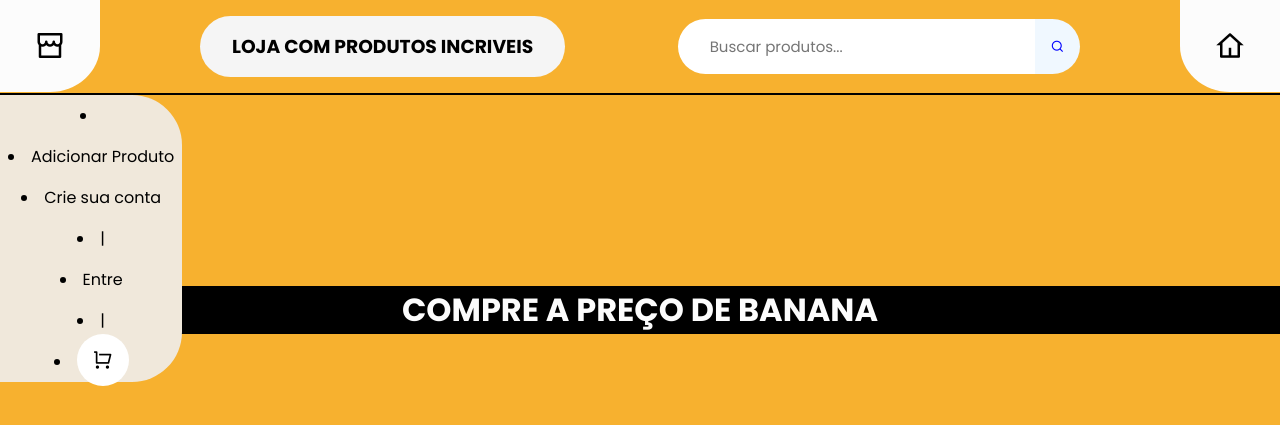
Repository: Guilherme-Beckman/Loja-Online-MVC-Spring
Page: http://localhost/home
An editor plug-in stored every save of this project. The page is shown before and after the next save, followed by the edit.
The browser window is 1280 px wide. The pictures show the whole page.
The page is this project's Thymeleaf template; nobody is signed in. The template is opened directly, without the code that normally fills it, so the values that code supplies are empty.

Above is the page before, as saved 2024-03-18 19:50:25.

### Documents/Loja-Online-MVC-Spring/loja-online/src/main/resources/templates/home.html
<!DOCTYPE html>
<html lang="en">
	<html xmlns:th="http://www.thymeleaf.org">
<head>
    <meta charset="UTF-8">
    <meta name="viewport" content="width=device-width, initial-scale=1.0">
    <link rel="stylesheet" href="https://cdnjs.cloudflare.com/ajax/libs/remixicon/3.5.0/remixicon.min.css">
    <link rel="stylesheet" href="style.css">
    <title>Loja Online</title>
</head>
<body>

    <div class="nav">
<div class="circle">
       <i class="ri-store-line"></i>
</div>

        <h3>LOJA COM PRODUTOS INCRIVEIS</h3>

        <div class="search">
            <input type="text" placeholder="Buscar produtos...">
            <button type="submit"> <i class="ri-search-line"></i></button>
  </div>  <div class="home">
<a href="#">
    <i class="ri-home-4-line"></i>
</a>


   </div>

    </div>
    <div class="nav2">
        <div class="back-circle">
            <li>
				<li><span><a href="/add-product">Adicionar Produto</a></span></li>
                <li><span><a href="/register">Crie sua conta</a></span></li>
                <li>|</li>
                <li><span><a href="/login">Entre</a></span></li>
                <li>|</li>
                <li><a href="#"><i class="ri-shopping-cart-line"></i></a></li>
            </ul>
        </div>
    </div>

    <br>
    <br>
    <br>
    <br>
    <br>


    </div>

    <div class="cart-container">

        <div class="cart">
            <div th:each="product : ${product}" class="cart">
                 <img src="images/bananpaika.jpg" alt="LALL">
                <div class="cart-text">
                <h2 th:text="${product.price}"></h2>
                <h3 th:text="${product.name}"></h3>

                </div>
                </div>
                </div>
        </div>


    </div>
    <div class="footer">
<footer>
    <h1>COMPRE A PREÇO DE BANANA</h1>
</footer>

</div>

</body>

</html>

### Documents/Loja-Online-MVC-Spring/loja-online/src/main/resources/static/style.css
@import url('https://fonts.googleapis.com/css2?family=Poppins:wght@300;400;500;600;700;800&display=swap');

* {
    padding: 0;
    margin: 0;
    outline: none;
    border: none;
    box-sizing: border-box;
    font-family: Poppins;

}
body{
    background-color: rgb(247, 177, 47) ;


}

a {
    text-decoration: none;
    color: black;
}


.nav{
    max-width: 1200px;
  margin: auto;
  padding: 1rem 10rem;
  display: flex;
  align-items: center;
  justify-content: space-between;
  gap: 2rem;
  background-color: rgb(247, 177, 47) ;

}
.search{
    display: flex;

}
input[type="text"]{
padding: 1rem 2rem;
font-size: 15px;
border-top-left-radius: 50px ;
border-bottom-left-radius: 50px ;

}
.search button{
    padding: 1rem 1rem;
    color: blue;
    background-color: aliceblue;
    border-top-right-radius: 50px ;
    border-bottom-right-radius: 50px ;
    cursor: pointer;
}
.search button:hover{
    background-color:  rgb(181, 181, 255);
}
.nav h3{
background-color: rgb(245, 245, 245);
border-radius: 50px;
text-align: center;
padding: 1rem 2rem;
display: flex;
}
.circle{
position: absolute;
top:0;
left: 0;
    width: 100px;
    height: 92px;
    background-color: #fcfcfc;

border-bottom-right-radius: 50%;
    display: flex;
    justify-content: center;
    align-items: center;

}
.circle i{
    font-size: 30px;
}
.home{
    position: absolute;
top:0;
right: 0;
    width: 100px;
    height: 92px;
    background-color: #fcfcfc;

border-bottom-left-radius: 50%;
    display: flex;
    justify-content: center;
    align-items: center;

}
.home a i{
    font-size: 30px;
}
.nav2{
    border-top: 2px solid black ;
}

.nav2 ul{
list-style: none;
display: flex;
gap: 0rem;
padding: 2rem 1rem;


}

.nav2 li{
    position: relative;
    padding-bottom: 0.75rem;

    border-radius: 50px;
    padding: 0.5rem;
    align-items: center;
    text-align: center;
    cursor: pointer;

    }
    .nav2 span::after{
        content: "";
    position: absolute;
        height: 2px ;
        width: 0;
        bottom: 0;
        left: 0;
        background-color: black;
        transition: all 0.3s ease;


    }
    .nav2 span:hover::after{
        width: 70%;
        cursor: pointer;
    }
.nav2 i{
    background-color: white;
    font-size: 20px;
    border-radius: 50px;
    padding: 1rem;
}
.nav2 i:hover{
    cursor: pointer;
    background-color: rgb(216, 216, 196);
}
.back-circle {

    background-color: rgb(240, 232, 219);


  border-top-right-radius: 50px;
  border-bottom-right-radius: 50px;
    position: absolute;


  }
  .cart-container{
    display: flex;
    text-align: left;

gap: 4rem;
padding: 1rem 2rem;
    flex-wrap: wrap;

  }
  .cart{
    padding: 1rem 2rem;
    background-color: white;
    border-radius: 20px;
    border: 1px solid rgb(187, 173, 173);


  }

  .cart img{
    display: flex;
    width: 250px;
    height: 200px;
    border-radius: 10px;
  }
 .cart-text{
    border-top: 2px solid black;
 }
 footer{
    color: #fcfcfc;
    text-align: center;
    background-color: rgb(0, 0, 0);
    max-width: 100%;
 }

After the next save:
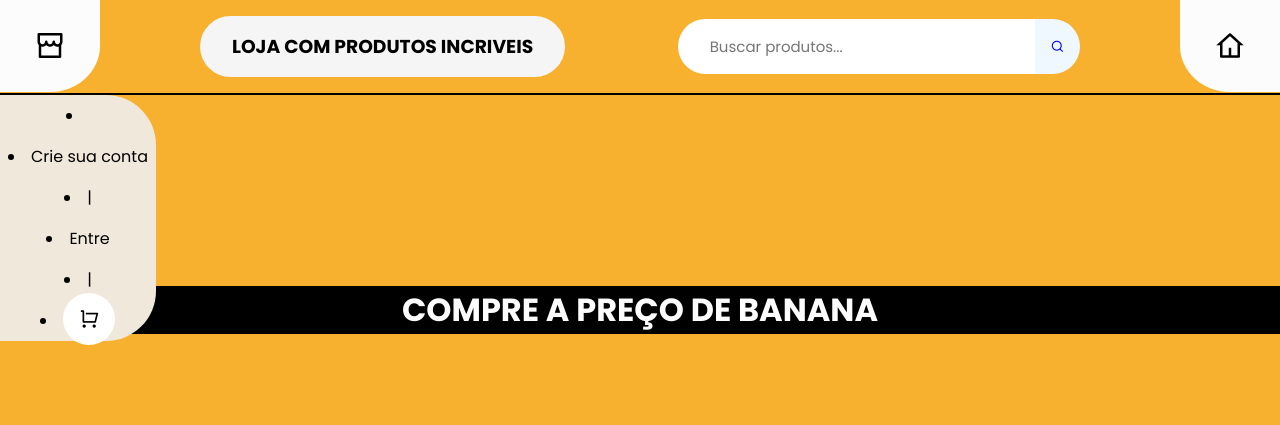
Saved 17 s later.
--- a/Documents/Loja-Online-MVC-Spring/loja-online/src/main/resources/templates/home.html
+++ b/Documents/Loja-Online-MVC-Spring/loja-online/src/main/resources/templates/home.html
@@ -32,7 +32,7 @@
     <div class="nav2">
         <div class="back-circle">
             <li>
-				<li><span><a href="/add-product">Adicionar Produto</a></span></li>
+
                 <li><span><a href="/register">Crie sua conta</a></span></li>
                 <li>|</li>
                 <li><span><a href="/login">Entre</a></span></li>
